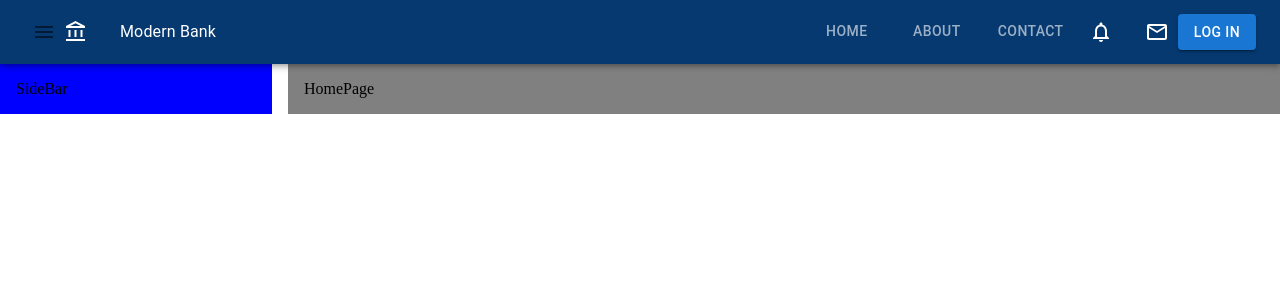
Repository: MohammadMazloum123/Moder-Bank-Full-Stack-Project
Page: / (app in Desktop/front-modernbank/front-modernbank/)
These files come from the project's save history. The page is drawn as it stood at one moment and after a run of saves; the edit follows.
The browser window is 1280 px wide. The pictures show the whole page.
The project was rebuilt for these pictures with package versions that can differ from the ones it lists, and the page was loaded fresh each time.

Above is the page before, as saved 2024-11-15 15:11:03.

### Desktop/front-modernbank/front-modernbank/public/index.html
<!DOCTYPE html>
<html lang="en">
  <head>

    <meta charset="utf-8" />
    <link rel="icon" href="%PUBLIC_URL%/favicon.ico" />
    <meta name="viewport" content="width=device-width, initial-scale=1" />
    <meta name="theme-color" content="#000000" />
    <meta
      name="description"
      content="Web site created using create-react-app"
    />
    <link rel="apple-touch-icon" href="%PUBLIC_URL%/logo192.png" />

    <link rel="manifest" href="%PUBLIC_URL%/manifest.json" />

    <title>Modern Bank App</title>
    <style>
      body{
        margin: 0;
        padding: 0;
        box-sizing: border-box;
      }
    </style>
  </head>
  <body>
    <noscript>You need to enable JavaScript to run this app.</noscript>
    <div id="root"></div>
  </body>
</html>

### Desktop/front-modernbank/front-modernbank/src/App.js
import React from "react";
import { Box, Stack } from "@mui/material";
import SideBar from "./components/SideBar";
import HomePage from "./components/HomePage";
import NavBar from "./components/NavBar";

function App() {
  return (
    <Box>
      <NavBar/>
      <Stack direction="row" spacing={2} justifyContent="space-between">
        <SideBar/>
        <HomePage/>
      </Stack>
    </Box>
  );
}

export default App;

### Desktop/front-modernbank/front-modernbank/src/components/SideBar.jsx
import { Box } from '@mui/material'
import React from 'react'

const SideBar = () => {
return (
    <Box sx={{backgroundColor:"blue"}} flex={1.5} p={2}>
        SideBar
    </Box>
)
}

export default SideBar

### Desktop/front-modernbank/front-modernbank/src/components/HomePage.jsx
import { Box } from '@mui/material'
import React from 'react'

const HomePage = () => {
return (
    <Box sx={{bgcolor:"gray"}} flex={6} p={2}>
        HomePage
    </Box>
)
}

export default HomePage

### Desktop/front-modernbank/front-modernbank/src/components/NavBar.jsx
import { AppBar, Toolbar, Typography, Tabs, Tab, Button, Box } from '@mui/material'
import React, { useState } from 'react'
import DrawerComp from '../DrawerComp';
import NotificationsNoneOutlinedIcon from '@mui/icons-material/NotificationsNoneOutlined';
import EmailOutlinedIcon from '@mui/icons-material/EmailOutlined';
import { AccountBalanceOutlined } from '@mui/icons-material';

const NavBar = () => {
    const [value, setvalue] = useState();
return (
    <AppBar position='sticky' sx={{bgcolor:"#063970"}}>
        <Toolbar>

                <DrawerComp/>
                <Box display="flex" alignItems="center" flex={3}>
                <AccountBalanceOutlined sx={{ color: "white", mr: 1 }} /> {/* Icon beside the text */}
                    <Typography ml={3}>
                        Modern Bank
                    </Typography>
                </Box>
            <Box display="flex" flex={0.7} justifyContent="center">
                <Tabs
                textColor='inherit'
                indicatorColor='secondary'
                value={value}
                onChange={(e, value) => setvalue(value)}
                >
                        <Tab label="Home"/>
                        <Tab label="About"/>
                        <Tab label="Contact"/>
                </Tabs>
            </Box>
            <Box display="flex" flex={0.4} alignItems="center" justifyContent="center">
                <NotificationsNoneOutlinedIcon sx={{mr:4}}/>
                <EmailOutlinedIcon/>
            </Box>
            <Box display="flex" justifyContent="flex-end">
                <Button sx={{marginLeft:'auto'}} variant='contained'>Log In</Button>
            </Box>
        </Toolbar>
    </AppBar>
)
}

export default NavBar

### Desktop/front-modernbank/front-modernbank/src/DrawerComp.jsx
import React, {useState} from 'react'
import MenuIcon from '@mui/icons-material/Menu';
import {
    Drawer,
    IconButton,
    List,
    ListItemButton,
    ListItemIcon,
    ListItemText,
    Typography,
    Collapse,
    Divider,
    } from '@mui/material';

import {
    ExpandLess,
    ExpandMore,
    AddOutlined,
    SavingsOutlined,
    HistoryOutlined,
    CreditCardOutlined,
    TrendingUpOutlined,
    AccountBalanceOutlined,
    PercentOutlined,
    AttachMoneyOutlined,
    ShowChartOutlined,

} from "@mui/icons-material";


const DrawerComp = () => {
    const [OpenDrawer, setOpenDrawer] = useState(false);
      // Dropdown states
        const [transactionsOpen, setTransactionsOpen] = useState(false);
        const [savingsOpen, setSavingsOpen] = useState(false);
        const [expenseTracker, setExpenseTracker] = useState(false);


return (
    <>
        <Drawer
        open={OpenDrawer}
        onClose={() => setOpenDrawer(false)}
        sx={{padding: "16px"}}
        >
        <Typography
            variant="h6"
            sx={{
            padding: 2,
            textAlign: "center",
            bgcolor: "#063970",
            color: "white",
        }}
        >
            Modern Bank
        </Typography>
        <Divider/>

            <List sx={{p: 2 ,width:"340px"}}>
                {/* Account Transactions Dropdown */}
                <ListItemButton onClick={() => setTransactionsOpen(!transactionsOpen)}>
                    <ListItemIcon>
                        <CreditCardOutlined/>
                    </ListItemIcon>
                    <ListItemText primary="Transactions"/>
                    {transactionsOpen ? <ExpandLess/> : <ExpandMore/>}
                </ListItemButton>
                <Collapse in={transactionsOpen} timeout="auto" unmountOnExit>
                    <List component="div" disablePadding sx={{pl : 2}}>
                        <ListItemButton>
                            <ListItemIcon>
                                <AddOutlined fontSize='small'/>
                            </ListItemIcon>
                        <ListItemText primary="New Transactions"/>
                        </ListItemButton>
                        <ListItemButton>
                            <ListItemIcon>
                                <HistoryOutlined fontSize='small'/>
                            </ListItemIcon>
                        <ListItemText primary="Transactions History"/>
                        </ListItemButton>
                    </List>
                </Collapse>
                <Divider/>
                {/* Savings Dropdown */}
                <ListItemButton onClick={() => setSavingsOpen(!savingsOpen)}>
                    <ListItemIcon>
                        <SavingsOutlined fontSize='small'/>
                    </ListItemIcon>
                    <ListItemText primary="Savings"/>
                    {savingsOpen ? <ExpandLess/> : <ExpandMore/>}
                </ListItemButton>
                <Collapse in={savingsOpen} timeout="auto" unmountOnExit>
                    <List component="div" disablePadding sx={{pl : 2}}>
                        <ListItemButton>
                            <ListItemIcon>
                                <AccountBalanceOutlined fontSize='small'/>
                            </ListItemIcon>
                            <ListItemText primary="Savings Account"/>
                        </ListItemButton>
                        <ListItemButton>
                            <ListItemIcon>
                                <TrendingUpOutlined fontSize='small'/>
                            </ListItemIcon>
                            <ListItemText primary="Savings Goals"/>
                        </ListItemButton>
                        <ListItemButton>
                            <ListItemIcon>
                                <PercentOutlined fontSize='small'/>
                            </ListItemIcon>
                            <ListItemText primary="Interest Rate"/>
                        </ListItemButton>
                    </List>
                </Collapse>
                <Divider/>
            <ListItemButton onClick={() => setExpenseTracker(!expenseTracker)}>
                <ListItemIcon>
                    <AttachMoneyOutlined fontSize='small'/>
                </ListItemIcon>
                    <ListItemText primary="Expense Tracker" />
                    {transactionsOpen ? <ExpandLess/> : <ExpandMore/>}
            </ListItemButton>
            <Collapse in={expenseTracker} timeout="auto" unmountOnExit>
                <List component="div" disablePadding sx={{pl : 2}}>
                    <ListItemButton>
                        <ListItemIcon>
                            <ShowChartOutlined fontSize='small'/>
                        </ListItemIcon>
                        <ListItemText primary="Track Expenses"/>
                    </ListItemButton>
                </List>
            </Collapse>
            </List>
        </Drawer>
        {/* Drawer Toggle Button */}
        <IconButton onClick={() => setOpenDrawer(!OpenDrawer)}>
            <MenuIcon/>
        </IconButton>
    </>
)
}

export default DrawerComp

Loaded but not shown: Desktop/front-modernbank/front-modernbank/src/index.js (common file); Desktop/front-modernbank/front-modernbank/src/reportWebVitals.js (common file)

After the next 3 saves:
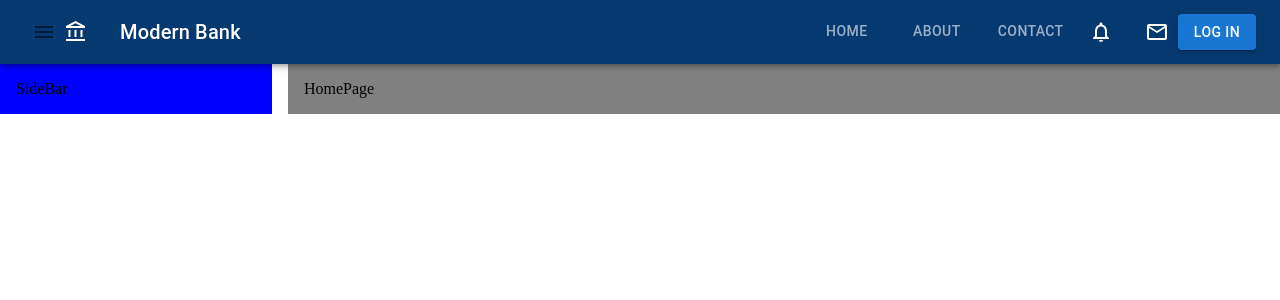
The 3 saves are shown as one change because they came seconds apart.
The last was saved 28 s later.
--- a/Desktop/front-modernbank/front-modernbank/src/components/NavBar.jsx
+++ b/Desktop/front-modernbank/front-modernbank/src/components/NavBar.jsx
@@ -14,7 +14,7 @@ return (
                 <DrawerComp/>
                 <Box display="flex" alignItems="center" flex={3}>
                 <AccountBalanceOutlined sx={{ color: "white", mr: 1 }} /> {/* Icon beside the text */}
-                    <Typography ml={3}>
+                    <Typography variant='h6' ml={3}>
                         Modern Bank
                     </Typography>
                 </Box>
